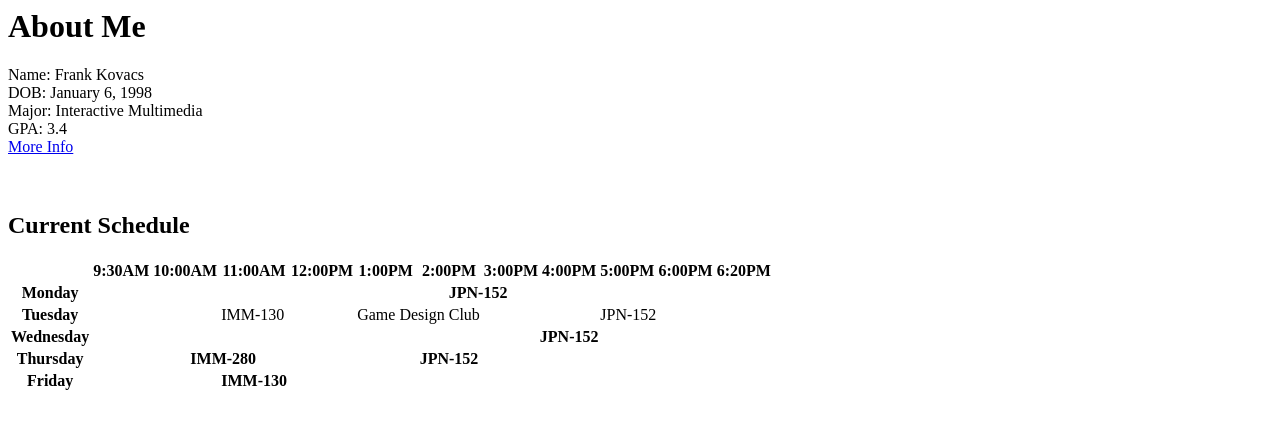
Repository: kovacsf2/imm130v2
Page: personal/index.html
The author's editor kept a record of every edit. The page is drawn from the files as they stood at one moment, then again after the next edit.
The browser window is 1280 px wide. The pictures show the whole page.

Above is the page before.

After the next edit:
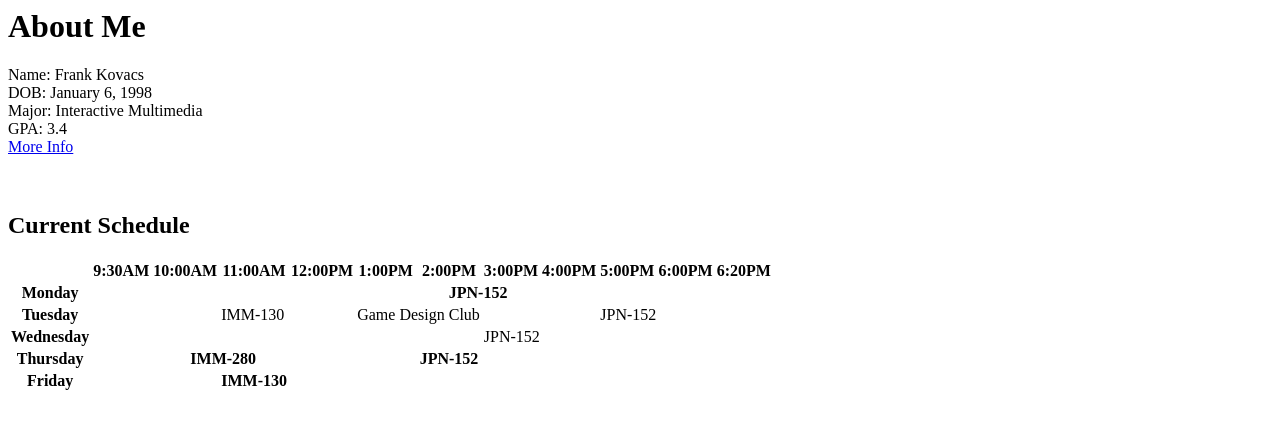
The edit:
--- a/personal/index.html
+++ b/personal/index.html
@@ -46,9 +46,9 @@
             </tr>
             <tr>
                 <th>Wednesday</th>
-                <th colspan="6"></th>
-                <th colspan="3">JPN-152</th>
-                <th colspan="2"></th>
+                <td colspan="6"></td>
+                <td colspan="3">JPN-152</td>
+                <td colspan="2"></td>
             </tr>
             <tr>
                 <th>Thursday</th>
